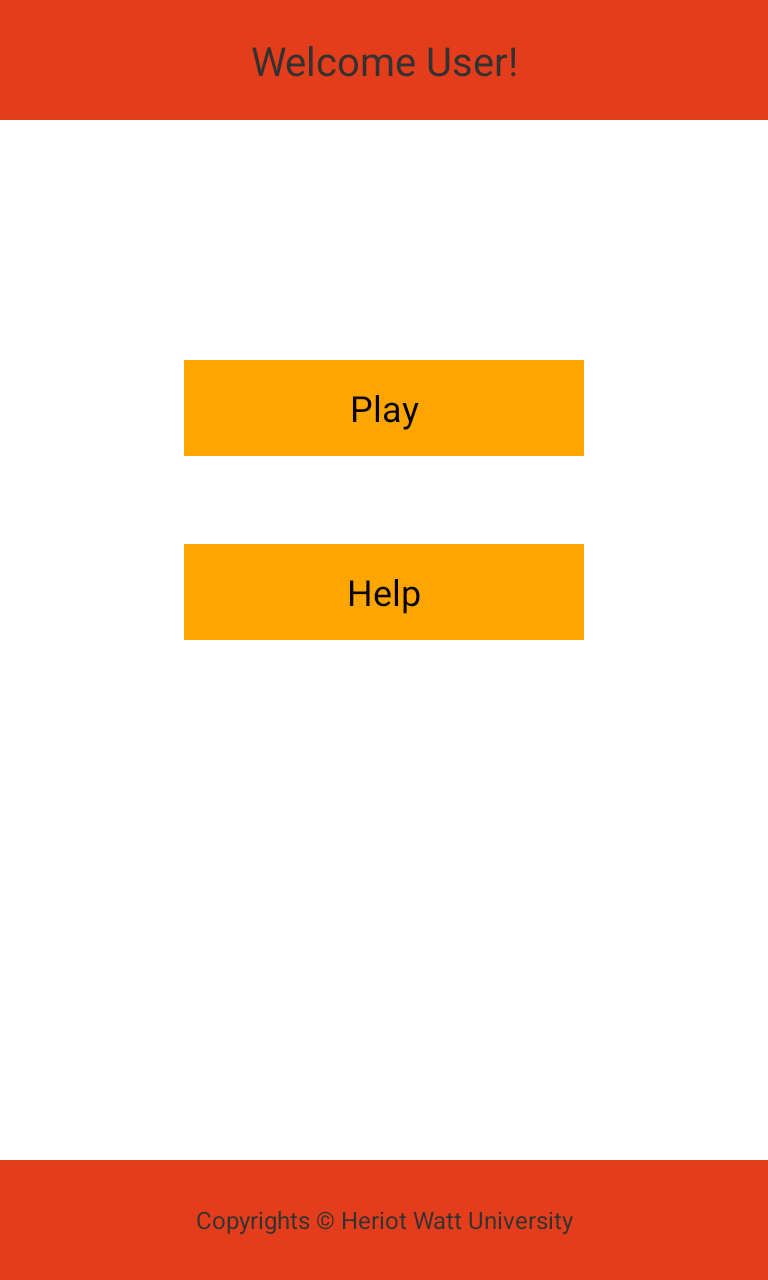
Repository: nidafarooqui/Trading-Game-Version-3
Layout: TaikunClient/res/layout/activity_welcome_screen.xml
These files come from the project's save history. The layout is drawn as it stood at one moment and after the next save; the edit follows.
It is drawn on a 768 x 1280 px phone screen (xhdpi) without system bars, with theme AppTheme; the app's code is not run.

Above is the layout before, as saved 2014-08-17 00:21:57.

### TaikunClient/res/layout/activity_welcome_screen.xml
<RelativeLayout xmlns:android="http://schemas.android.com/apk/res/android"
    xmlns:tools="http://schemas.android.com/tools"
    android:id="@+id/welcome_text"
    android:layout_width="match_parent"
    android:layout_height="match_parent"
    tools:context="${relativePackage}.${activityClass}" >

    <TextView
        android:id="@+id/welcome_textView"
        android:layout_width="match_parent"
        android:layout_height="60dp"
        android:layout_centerHorizontal="true"
        android:background="@color/orrange"
        android:gravity="center_horizontal|center_vertical"
        android:text="Welcome User!"
        android:textSize="20sp" />

    <Button
        android:id="@+id/buttonStartGame"
        android:layout_width="200dp"
        android:layout_height="wrap_content"
        android:layout_below="@+id/welcome_textView"
        android:layout_centerHorizontal="true"
        android:layout_marginTop="120dp"
        android:background="@color/orange"
        android:text="Play" />

    <Button
        android:id="@+id/buttonHelp"
        android:layout_width="200dp"
        android:layout_height="wrap_content"
        android:layout_alignLeft="@+id/buttonStartGame"
        android:layout_below="@+id/buttonStartGame"
        android:layout_marginTop="44dp"
        android:background="@color/orange"
        android:text="Help" />

    <TextView
        android:id="@+id/textView1"
        android:layout_width="match_parent"
        android:layout_height="60dp"
        android:layout_alignParentBottom="true"
        android:layout_alignParentLeft="true"
        android:background="@color/orrange"
        android:gravity="center_horizontal|center_vertical"
        android:text="Copyrights © Heriot Watt University"
        android:textSize="12sp" />

</RelativeLayout>

### TaikunClient/res/values/colours.xml
<?xml version="1.0" encoding="utf-8"?>
<resources>

    <color name="white">#FFFFFF</color>
    <color name="black">#000000</color>
    <color name="symptom_color_selected">#003366</color>
    <color name="reaction_color_selected">#003366</color>
    <color name="static_text_color">#003366</color>
    <color name="journal_entry_listitem_text_color">#003366</color>
    <color name="note_text_disabled">#333333</color>
    <color name="sky">#0099CC</color>
    <color name="lightgray">#e7e7e7</color>
      <color name="lightgray02">#bfbfbf</color>
    <color name="dark">#000015</color>
    <color name="lightgreen">#336666</color>
    <color name="orrange">#e33d1b</color>
    <color name="darkorrange">#cc2303</color>


 <color name="ivory">#FFFFF0</color>
 <color name="lightYellow">#FFFFE0</color>
 <color name="snow">#FFFAFA</color>
 <color name="floralWhite">#FFFAF0</color>
 <color name="lemonChiffon">#FFFACD</color>
 <color name="cornsilk">#FFF8DC</color>
 <color name="seashell">#FFF5EE</color>
 <color name="lavenderBlush">#FFF0F5</color>
 <color name="papayaWhip">#FFEFD5</color>
 <color name="blanchedAlmond">#FFEBCD</color>
 <color name="mistyRose">#FFE4E1</color>
 <color name="bisque">#FFE4C4</color>
 <color name="moccasin">#FFE4B5</color>
 <color name="navajoWhite">#FFDEAD</color>
 <color name="peachPuff">#FFDAB9</color>
 <color name="gold">#FFD700</color>
 <color name="pink">#FFC0CB</color>
 <color name="lightPink">#FFB6C1</color>
 <color name="orange">#FFA500</color>
 <color name="lightSalmon">#FFA07A</color>
 <color name="darkOrange">#FF8C00</color>
 <color name="coral">#FF7F50</color>
 <color name="hotPink">#FF69B4</color>
 <color name="tomato">#FF6347</color>
 <color name="orangeRed">#FF4500</color>
 <color name="deepPink">#FF1493</color>
 <color name="fuchsia">#FF00FF</color>
 <color name="magenta">#FF00FF</color>
 <color name="red">#FF0000</color>
 <color name="oldLace">#FDF5E6</color>
 <color name="lightGoldenrodYellow">#FAFAD2</color>
 <color name="linen">#FAF0E6</color>
 <color name="antiqueWhite">#FAEBD7</color>
 <color name="salmon">#FA8072</color>
 <color name="ghostWhite">#F8F8FF</color>
 <color name="mintCream">#F5FFFA</color>
 <color name="whiteSmoke">#F5F5F5</color>
 <color name="beige">#F5F5DC</color>
 <color name="wheat">#F5DEB3</color>
 <color name="sandyBrown">#F4A460</color>
 <color name="azure">#F0FFFF</color>
 <color name="honeydew">#F0FFF0</color>
 <color name="aliceBlue">#F0F8FF</color>
 <color name="khaki">#F0E68C</color>
 <color name="lightCoral">#F08080</color>
 <color name="paleGoldenrod">#EEE8AA</color>
 <color name="violet">#EE82EE</color>
 <color name="darkSalmon">#E9967A</color>
 <color name="lavender">#E6E6FA</color>
 <color name="lightCyan">#E0FFFF</color>
 <color name="burlyWood">#DEB887</color>
 <color name="plum">#DDA0DD</color>
 <color name="gainsboro">#DCDCDC</color>
 <color name="crimson">#DC143C</color>
 <color name="paleVioletRed">#DB7093</color>
 <color name="goldenrod">#DAA520</color>
 <color name="orchid">#DA70D6</color>
 <color name="thistle">#D8BFD8</color>
 <color name="lightGrey">#D3D3D3</color>
 <color name="tan">#D2B48C</color>
 <color name="chocolate">#D2691E</color>
 <color name="peru">#CD853F</color>
 <color name="indianRed">#CD5C5C</color>
 <color name="mediumVioletRed">#C71585</color>
 <color name="silver">#C0C0C0</color>
 <color name="darkKhaki">#BDB76B</color>
 <color name="rosyBrown">#BC8F8F</color>
 <color name="mediumOrchid">#BA55D3</color>
 <color name="darkGoldenrod">#B8860B</color>
 <color name="fireBrick">#B22222</color>
 <color name="powderBlue">#B0E0E6</color>
 <color name="lightSteelBlue">#B0C4DE</color>
 <color name="paleTurquoise">#AFEEEE</color>
 <color name="greenYellow">#ADFF2F</color>
 <color name="lightBlue">#ADD8E6</color>
 <color name="darkGray">#A9A9A9</color>
 <color name="brown">#A52A2A</color>
 <color name="sienna">#A0522D</color>
 <color name="yellowGreen">#9ACD32</color>
 <color name="darkOrchid">#9932CC</color>
 <color name="paleGreen">#98FB98</color>
 <color name="darkViolet">#9400D3</color>
 <color name="mediumPurple">#9370DB</color>
 <color name="lightGreen">#90EE90</color>
 <color name="darkSeaGreen">#8FBC8F</color>
 <color name="saddleBrown">#8B4513</color>
 <color name="darkMagenta">#8B008B</color>
 <color name="darkRed">#8B0000</color>
 <color name="blueViolet">#8A2BE2</color>
 <color name="lightSkyBlue">#87CEFA</color>
 <color name="skyBlue">#87CEEB</color>
 <color name="gray">#808080</color>
 <color name="olive">#808000</color>
 <color name="purple">#800080</color>
 <color name="maroon">#800000</color>
 <color name="aquamarine">#7FFFD4</color>
 <color name="chartreuse">#7FFF00</color>
 <color name="lawnGreen">#7CFC00</color>
 <color name="mediumSlateBlue">#7B68EE</color>
 <color name="lightSlateGray">#778899</color>
 <color name="slateGray">#708090</color>
 <color name="oliveDrab">#6B8E23</color>
 <color name="slateBlue">#6A5ACD</color>
 <color name="dimGray">#696969</color>
 <color name="mediumAquamarine">#66CDAA</color>
 <color name="cornflowerBlue">#6495ED</color>
 <color name="cadetBlue">#5F9EA0</color>
 <color name="darkOliveGreen">#556B2F</color>
 <color name="indigo">#4B0082</color>
 <color name="mediumTurquoise">#48D1CC</color>
 <color name="darkSlateBlue">#483D8B</color>
 <color name="steelBlue">#4682B4</color>
 <color name="royalBlue">#4169E1</color>
 <color name="turquoise">#40E0D0</color>
 <color name="mediumSeaGreen">#3CB371</color>
 <color name="limeGreen">#32CD32</color>
 <color name="darkSlateGray">#2F4F4F</color>
 <color name="seaGreen">#2E8B57</color>
 <color name="forestGreen">#228B22</color>
 <color name="lightSeaGreen">#20B2AA</color>
 <color name="dodgerBlue">#1E90FF</color>
 <color name="midnightBlue">#191970</color>
 <color name="aqua">#00FFFF</color>
 <color name="cyan">#00FFFF</color>
 <color name="springGreen">#00FF7F</color>
 <color name="lime">#00FF00</color>
 <color name="mediumSpringGreen">#00FA9A</color>
 <color name="darkTurquoise">#00CED1</color>
 <color name="deepSkyBlue">#00BFFF</color>
 <color name="darkCyan">#008B8B</color>
 <color name="teal">#008080</color>
 <color name="green">#008000</color>
 <color name="darkGreen">#006400</color>
 <color name="blue">#0000FF</color>
 <color name="mediumBlue">#0000CD</color>
 <color name="darkBlue">#00008B</color>
 <color name="navy">#000080</color>

</resources>

Loaded but not shown: TaikunClient/res/values/styles.xml (common file); TaikunClient/res/values-v11/styles.xml (common file); TaikunClient/res/values-v14/styles.xml (common file)

After the next save:
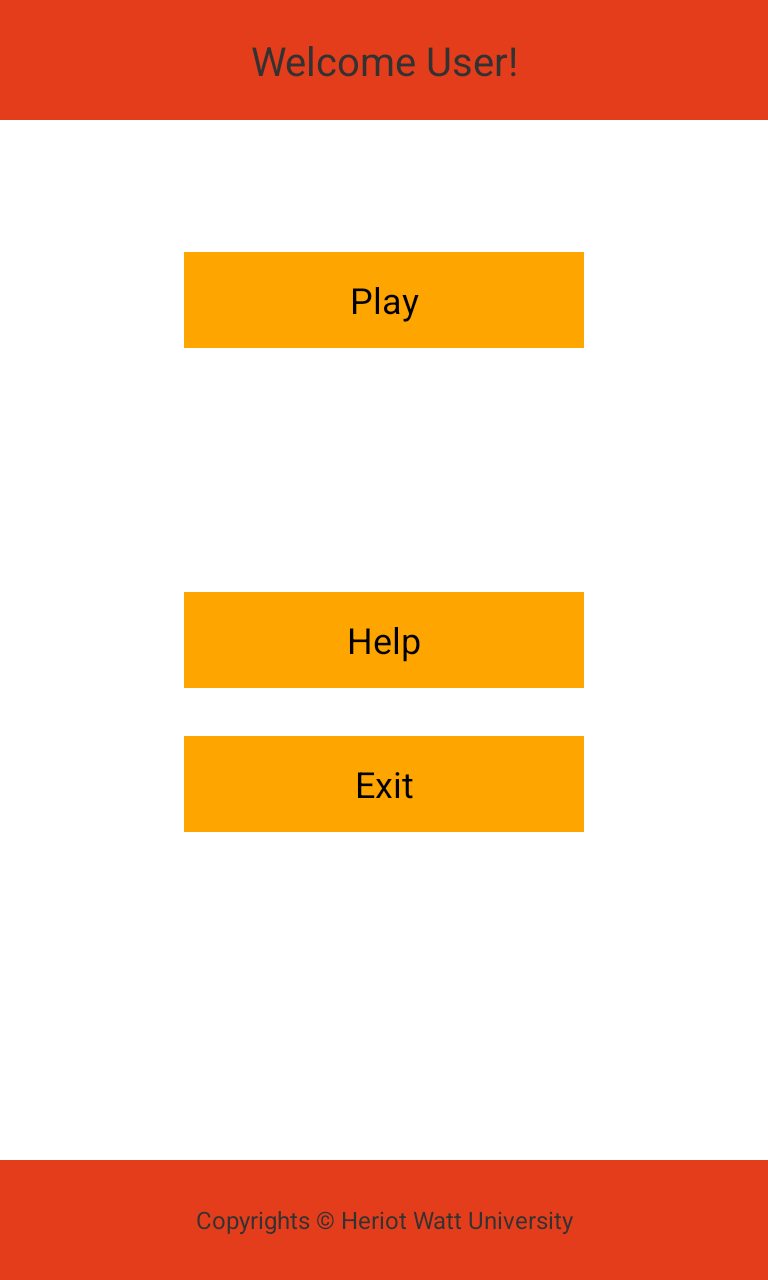
Saved 26 s later.
--- a/TaikunClient/res/layout/activity_welcome_screen.xml
+++ b/TaikunClient/res/layout/activity_welcome_screen.xml
@@ -16,24 +16,14 @@
         android:textSize="20sp" />
 
     <Button
-        android:id="@+id/buttonStartGame"
+        android:id="@+id/buttonExit"
         android:layout_width="200dp"
         android:layout_height="wrap_content"
-        android:layout_below="@+id/welcome_textView"
-        android:layout_centerHorizontal="true"
-        android:layout_marginTop="120dp"
+        android:layout_alignLeft="@+id/buttonHelp"
+        android:layout_below="@+id/buttonHelp"
+        android:layout_marginTop="24dp"
         android:background="@color/orange"
-        android:text="Play" />
-
-    <Button
-        android:id="@+id/buttonHelp"
-        android:layout_width="200dp"
-        android:layout_height="wrap_content"
-        android:layout_alignLeft="@+id/buttonStartGame"
-        android:layout_below="@+id/buttonStartGame"
-        android:layout_marginTop="44dp"
-        android:background="@color/orange"
-        android:text="Help" />
+        android:text="Exit" />
 
     <TextView
         android:id="@+id/textView1"
@@ -46,4 +36,23 @@
         android:text="Copyrights © Heriot Watt University"
         android:textSize="12sp" />
 
+    <Button
+        android:id="@+id/buttonStartGame"
+        android:layout_width="200dp"
+        android:layout_height="wrap_content"
+        android:layout_below="@+id/welcome_textView"
+        android:layout_centerHorizontal="true"
+        android:layout_marginTop="66dp"
+        android:background="@color/orange"
+        android:text="Play" />
+
+    <Button
+        android:id="@+id/buttonHelp"
+        android:layout_width="200dp"
+        android:layout_height="wrap_content"
+        android:layout_alignLeft="@+id/buttonStartGame"
+        android:layout_centerVertical="true"
+        android:background="@color/orange"
+        android:text="Help" />
+
 </RelativeLayout>
